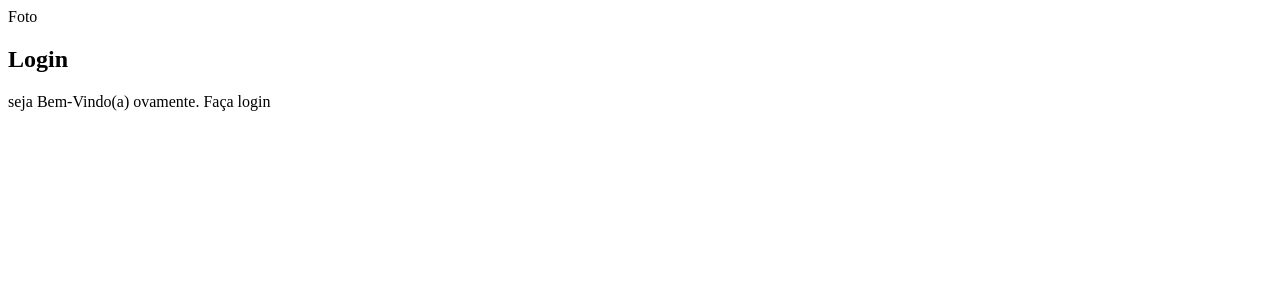
Repository: Guillermomarcon/Projeto-Login
Page: index.html
The author's editor kept a copy of each file at every save. The page is drawn from the files as they stood at one save, then again after a run of saves.
The browser window is 1280 px wide. The pictures show the whole page.

Above is the page before, as saved 2022-09-03 13:52:45.

After the next 2 saves:
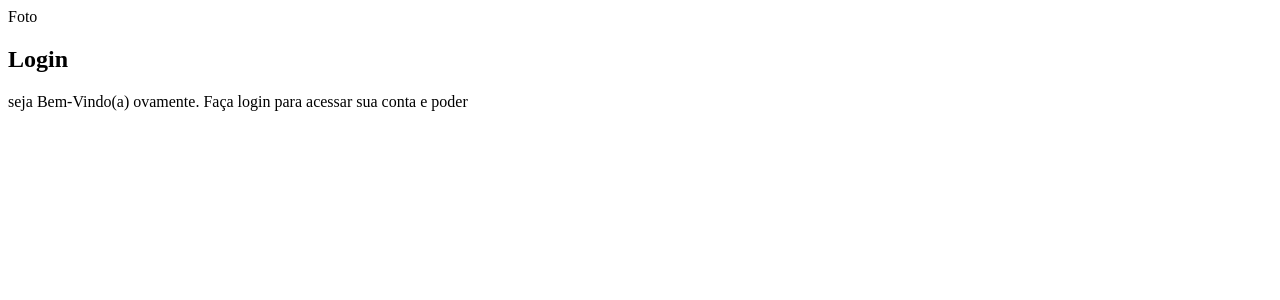
The 2 saves are shown as one change because they came seconds apart.
The last was saved 10 s later.
--- a/index.html
+++ b/index.html
@@ -17,7 +17,7 @@
             <div id="formulario">
                 <h1>Login</h1>
                 <p>
-                    seja Bem-Vindo(a) ovamente. Faça login
+                    seja Bem-Vindo(a) ovamente. Faça login para acessar sua conta e poder
                 </p>
             </div>
         </section>
